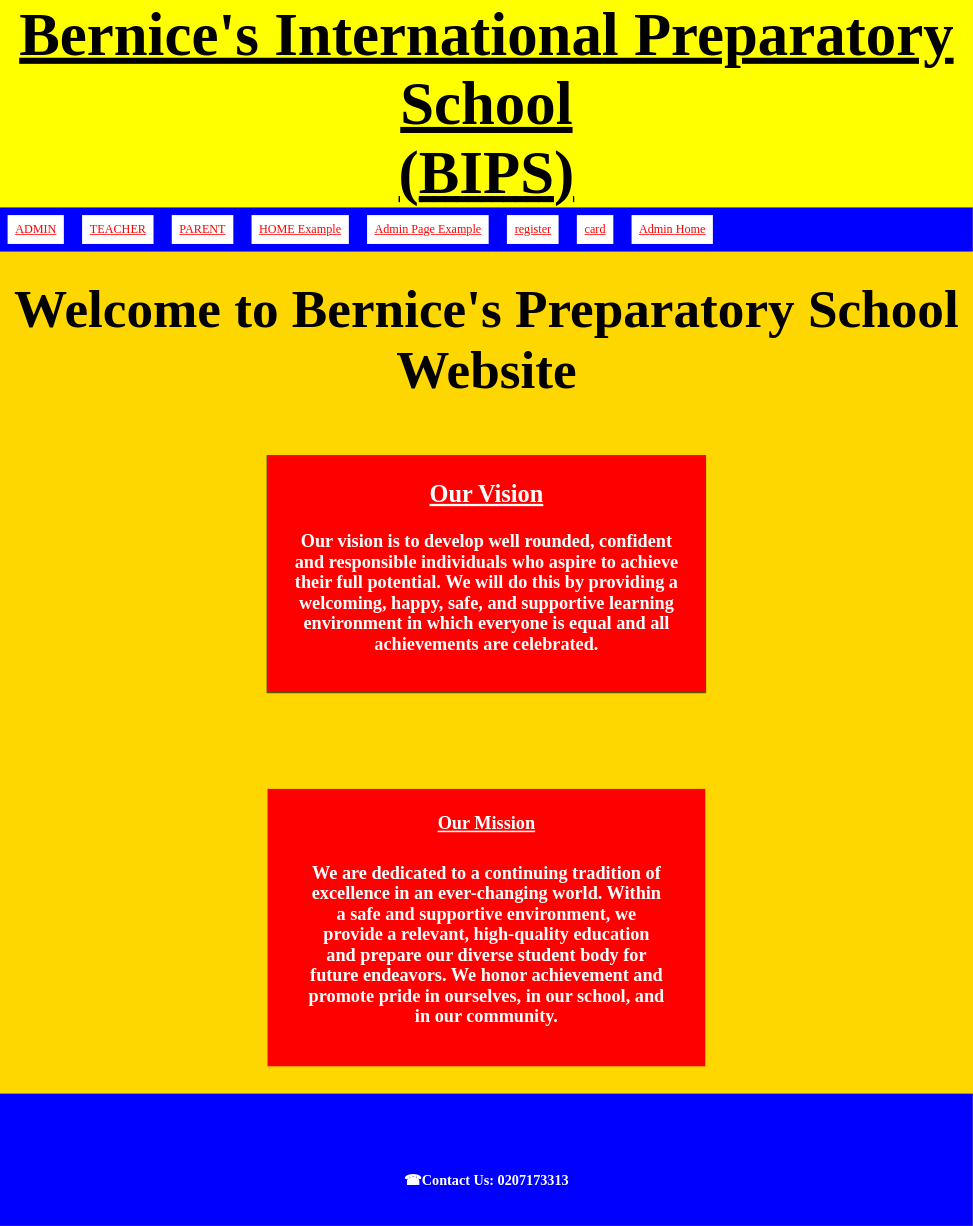
Repository: joseackah/eclipse-workspace
Page: http://localhost/com.school.mgt.system.Front.End/WEB-INF/views/index.jsp
An editor plug-in stored every save of this project. The page is shown before and after the next save, followed by the edit.
The browser window is 1280 px wide. The pictures show the whole page, at 76% of full size.
The page is served by Tomcat 9. Nobody is signed in. The template is opened directly, without the code that normally fills it, so the values that code supplies are empty.

Above is the page before, as saved 2021-08-16 12:20:46.

After the next save:
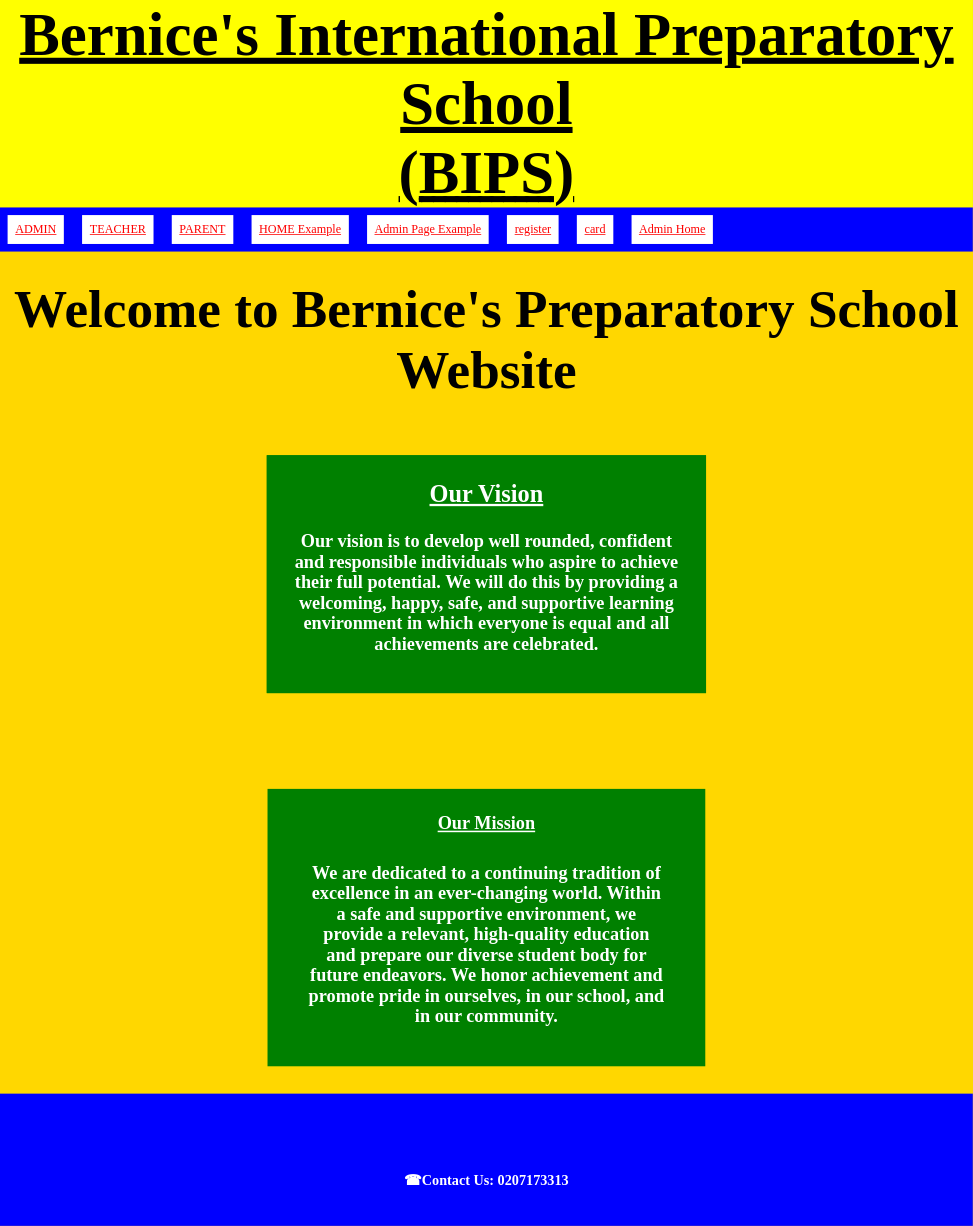
Saved 86 s later.
--- a/com.school.mgt.system.Front.End/src/main/webapp/WEB-INF/views/index.jsp
+++ b/com.school.mgt.system.Front.End/src/main/webapp/WEB-INF/views/index.jsp
@@ -23,9 +23,9 @@ animation: mymove 5s infinite;
 position: relative;
 }
 @keyframes mymove{
-from{background-color: red;
+from{background-color: green;
 }
-to{background-color: blue;
+to{background-color: brown;
 }
 }
 h3:before{
